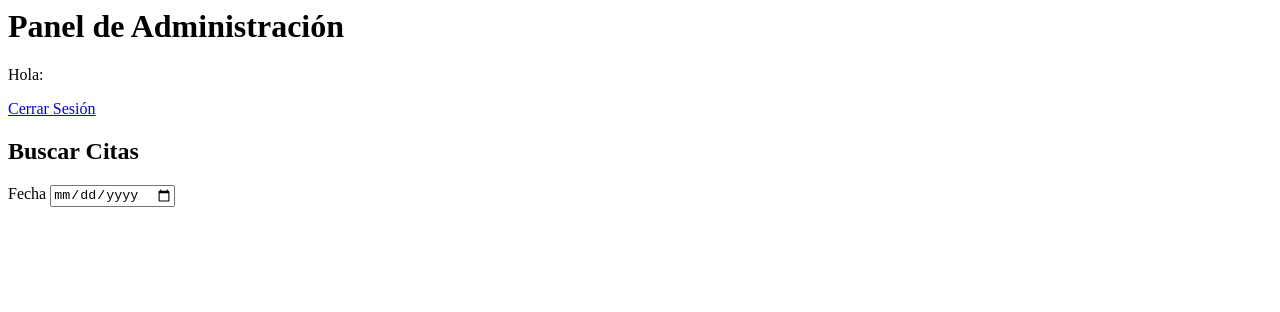
Repository: omoray99/appsalon-mvc-php
Page: http://localhost/confirmar-cuenta/views/admin/index.php
The author's editor kept a copy of each file at every save. The page is drawn from the files as they stood at one save, then again after a run of saves.
The browser window is 1280 px wide. The pictures show the whole page.
The page is run by PHP 8.4 with error messages shown; the project is at /var/www/html/.

Above is the page before, as saved 2024-10-31 16:26:45.

After the next 2 saves:
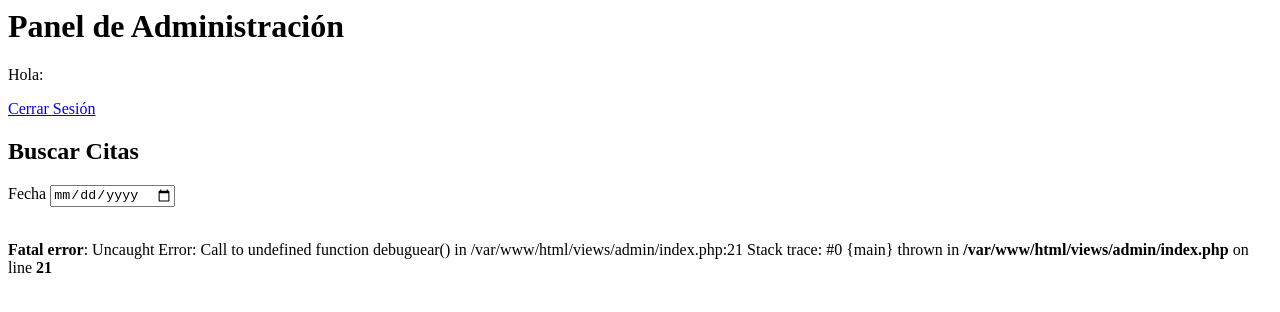
The 2 saves are shown as one change because they came seconds apart.
The last was saved 17 h 15 min later.
--- a/views/admin/index.php
+++ b/views/admin/index.php
@@ -17,5 +17,7 @@
 </div>
 
 <div id="citas-admin" >
-
+    <?php
+        debuguear($citas);
+    ?>
 </div>
